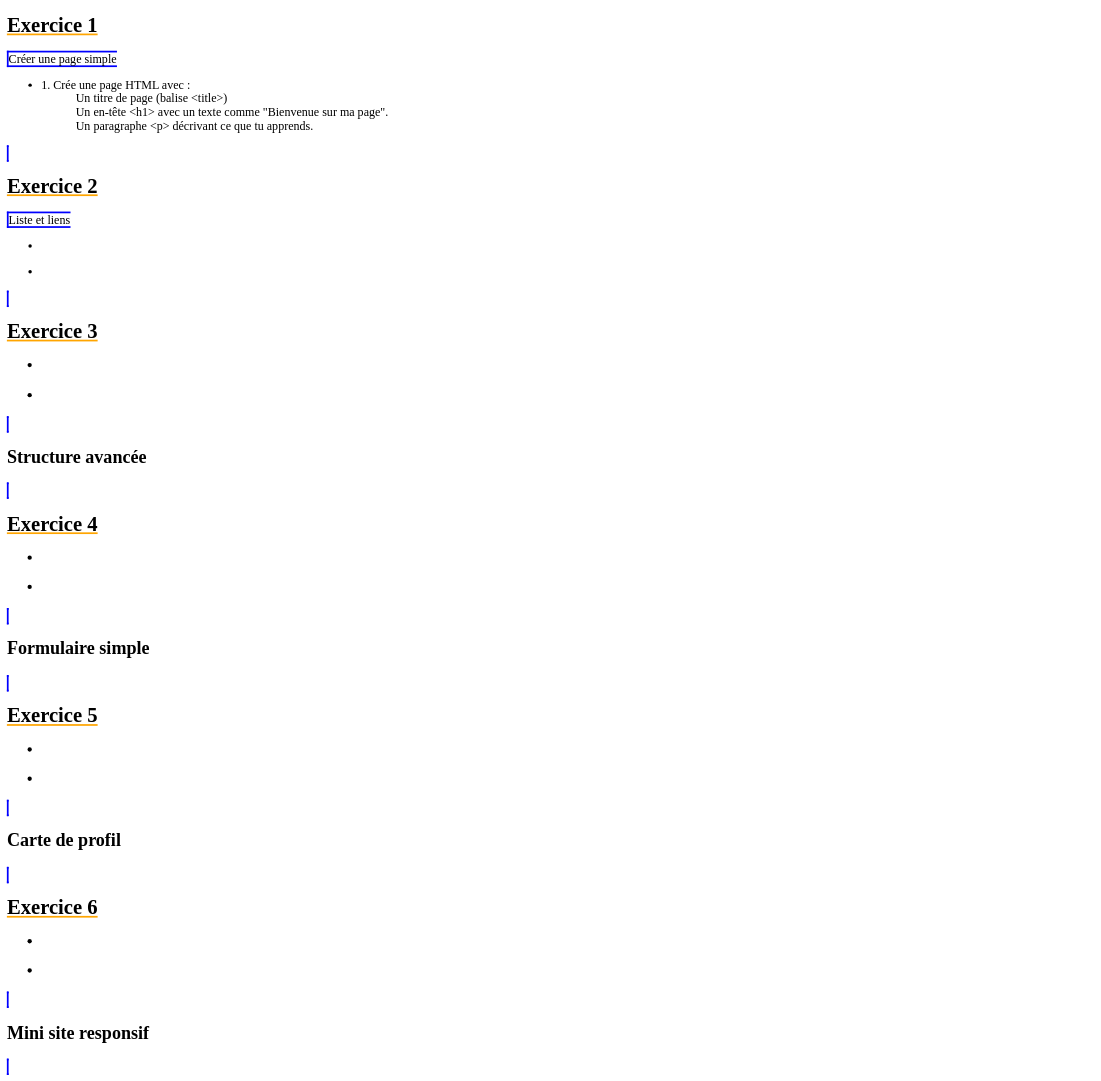
Repository: AnnaSpirit/Mimo_App
Page: Exercices_HTML&CSS.html
The author's editor kept a copy of each file at every save. The page is drawn from the files as they stood at one save, then again after the next save.
The browser window is 1280 px wide. The pictures show the whole page, at 86% of full size.

Above is the page before, as saved 2024-12-05 16:51:28.

### Exercices_HTML&CSS.html
<!DOCTYPE html>
<html lang="en">
<head>
    <meta charset="UTF-8">
    <meta name="viewport" content="width=device-width, initial-scale=1.0">
    <link rel="stylesheet" href="styleCSS.css">
    <title>Document</title>
</head>
<body>
    <div>
        <h1>Exercice 1</h1>
    <span class="Consigne">Créer une page simple
    <ul>
        <li>1. Crée une page HTML avec :
            <ol>Un titre de page (balise &lt;title&gt;)</ol>
            <ol>Un en-tête &lt;h1&gt; avec un texte comme "Bienvenue sur ma page".</ol>
            <ol>Un paragraphe &lt;p&gt; décrivant ce que tu apprends.</ol>
        </li>
    </ul>
    </span>
    </div>
    <div>
        <h1>Exercice 2</h1>
    <span class="Consigne">Liste et liens
        <ul>
            <li>
                <ol></ol>
                <ol></ol>
                <ol></ol>
                <ol></ol>
            </li>
            <li>
                <ol></ol>
                <ol></ol>
                <ol></ol>
                <ol></ol>
            </li>
        </ul>

    </span>
    </div>
    <div>
        <h1>Exercice 3</h1>
        <ul>
            <li>
                <ol></ol>
                <ol></ol>
                <ol></ol>
                <ol></ol>
            </li>
            <li>
                <ol></ol>
                <ol></ol>
                <ol></ol>
                <ol></ol>
            </li>
        </ul>
    <span class="Consigne">
        <h2>Structure avancée</span>
    </div>
    <div>
        <h1>Exercice 4</h1>
        <ul>
            <li>
                <ol></ol>
                <ol></ol>
                <ol></ol>
                <ol></ol>
            </li>
            <li>
                <ol></ol>
                <ol></ol>
                <ol></ol>
                <ol></ol>
            </li>
        </ul>
    <span class="Consigne">
        <h2>Formulaire simple</span>
    </div>
    <div>
        <h1>Exercice 5</h1>
        <ul>
            <li>
                <ol></ol>
                <ol></ol>
                <ol></ol>
                <ol></ol>
            </li>
            <li>
                <ol></ol>
                <ol></ol>
                <ol></ol>
                <ol></ol>
            </li>
        </ul>
    <span class="Consigne">
        <h2>Carte de profil</span>
    </div>
    <div>
        <h1>Exercice 6</h1>
        <ul>
            <li>
                <ol></ol>
                <ol></ol>
                <ol></ol>
                <ol></ol>
            </li>
            <li>
                <ol></ol>
                <ol></ol>
                <ol></ol>
                <ol></ol>
            </li>
        </ul>
    <span class="Consigne">
        <h2>Mini site responsif</span>
    </div>
</body>
</html>

### styleCSS.css
h1{
    font-weight: bold;
    font-size: x-large;
    text-decoration: underline orange;
}
/* .Consigne{
    border: 2px solid blue;
    font-size: 14px;
} */
span{
    border: 2px solid blue;
    font-size: 14px;
}

After the next save:
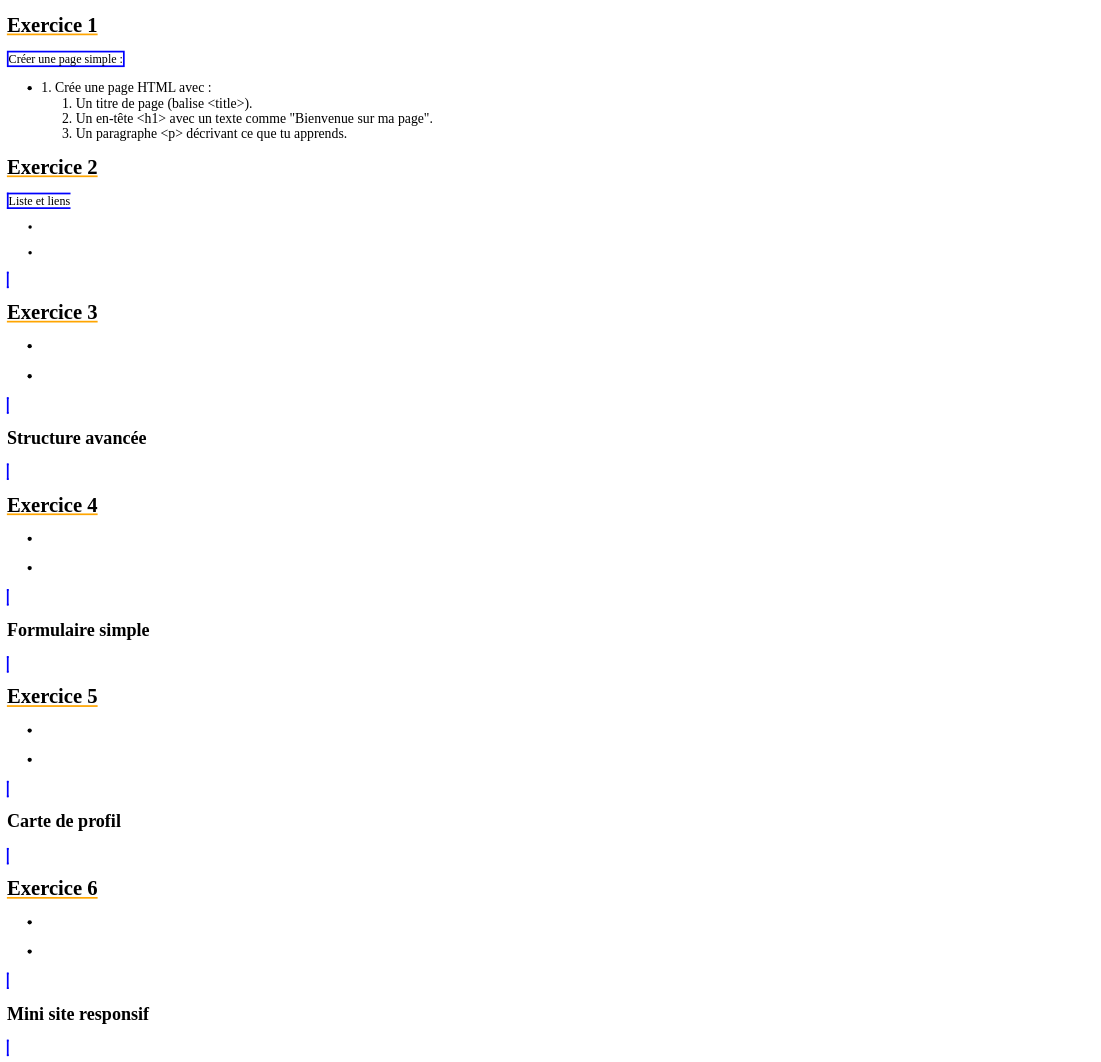
Saved 2 min 50 s later.
--- a/Exercices_HTML&CSS.html
+++ b/Exercices_HTML&CSS.html
@@ -7,18 +7,19 @@
     <title>Document</title>
 </head>
 <body>
-    <div>
-        <h1>Exercice 1</h1>
-    <span class="Consigne">Créer une page simple
+<div>
+    <h1>Exercice 1</h1>
+    <span class="Consigne">Créer une page simple :</span>
     <ul>
         <li>1. Crée une page HTML avec :
-            <ol>Un titre de page (balise &lt;title&gt;)</ol>
-            <ol>Un en-tête &lt;h1&gt; avec un texte comme "Bienvenue sur ma page".</ol>
-            <ol>Un paragraphe &lt;p&gt; décrivant ce que tu apprends.</ol>
+            <ol>
+                <li>Un titre de page (balise &lt;title&gt;).</li>
+                <li>Un en-tête &lt;h1&gt; avec un texte comme "Bienvenue sur ma page".</li>
+                <li>Un paragraphe &lt;p&gt; décrivant ce que tu apprends.</li>
+            </ol>
         </li>
     </ul>
-    </span>
-    </div>
+</div>
     <div>
         <h1>Exercice 2</h1>
     <span class="Consigne">Liste et liens
